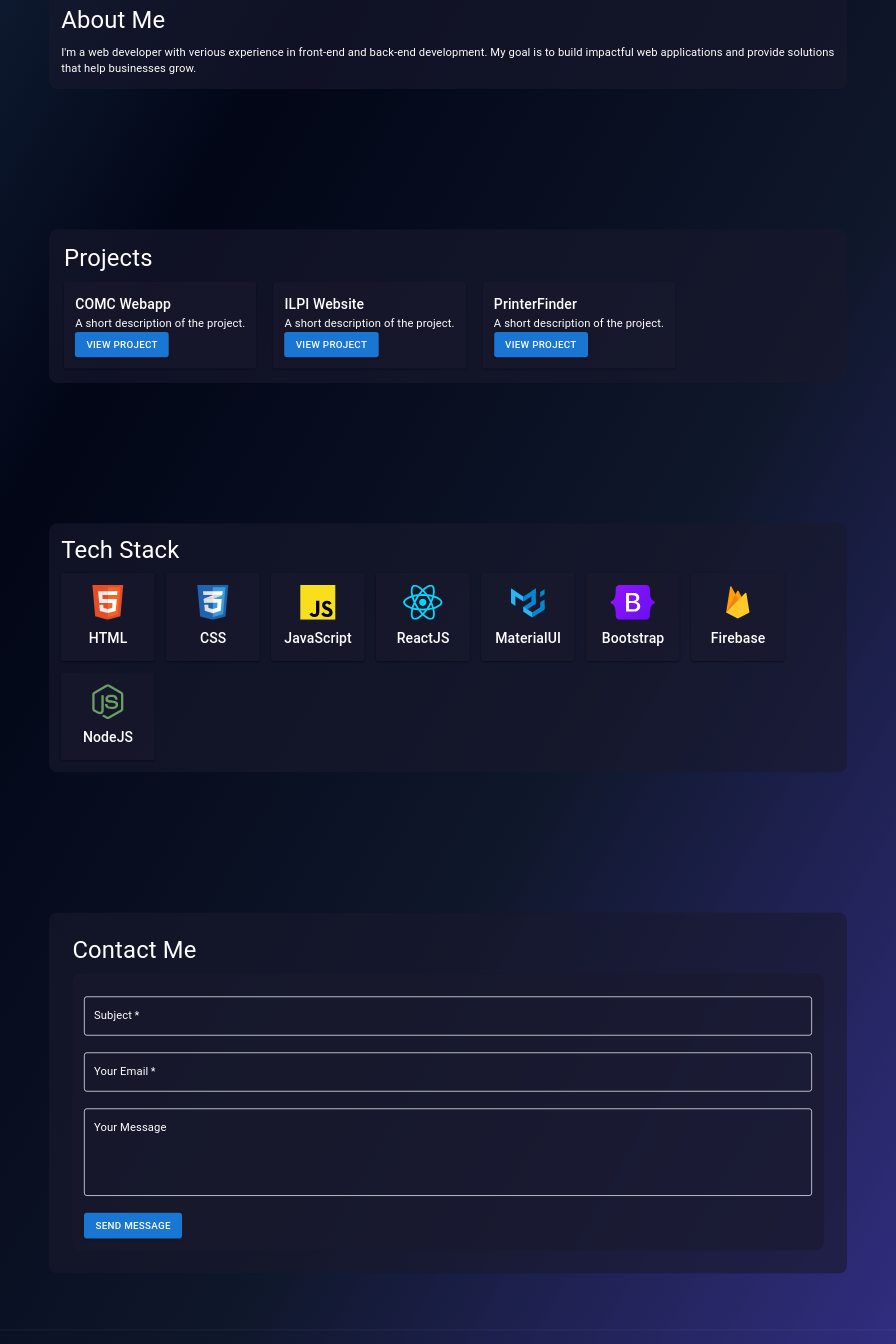
Repository: mikeshadowcoder/myWeb
Page: /
An editor plug-in stored every save of this project. The page is shown before and after the next save, followed by the edit.
The browser window is 1280 px wide. The pictures show the part of the page from y = 929 to 2849 px (the page is 2881 px tall), at 70% of full size.
The project was rebuilt for these pictures with package versions that can differ from the ones it lists, and the page was loaded fresh each time.

Above is the page before, as saved 2026-02-10 15:18:36.

After the next save:
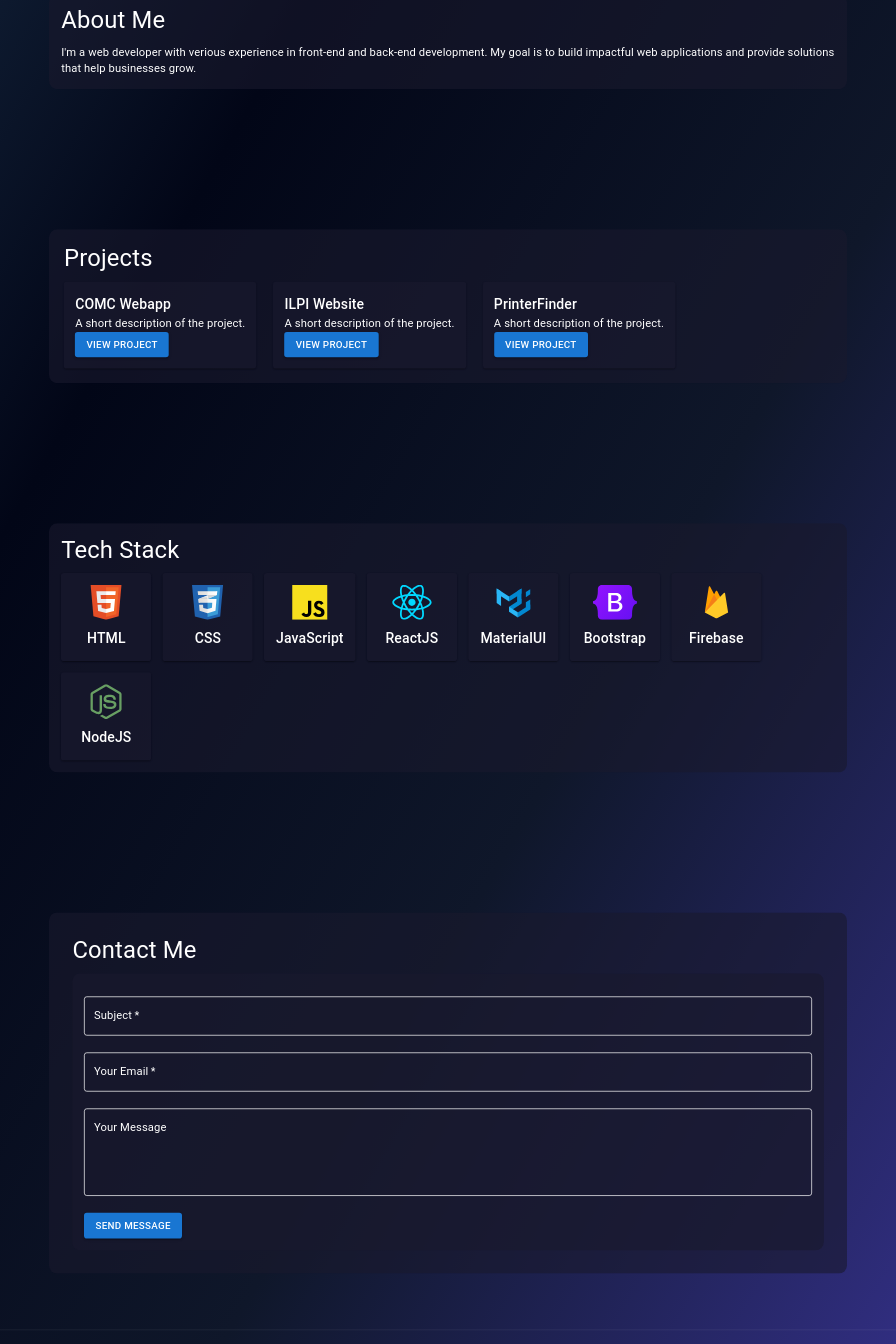
Saved 5 s later.
--- a/src/components/Skills.js
+++ b/src/components/Skills.js
@@ -43,7 +43,7 @@
               <Box component="img"
                 src={skill.logo}
                 alt={`${skill.skill} logo`}
-                sx={{ width: '100px', height: '50px', marginBottom: '10px' }}
+                sx={{ width: '95px', height: '50px', marginBottom: '10px' }}
               />
               <Typography variant="h6">{skill.skill}</Typography>
             </Paper>
